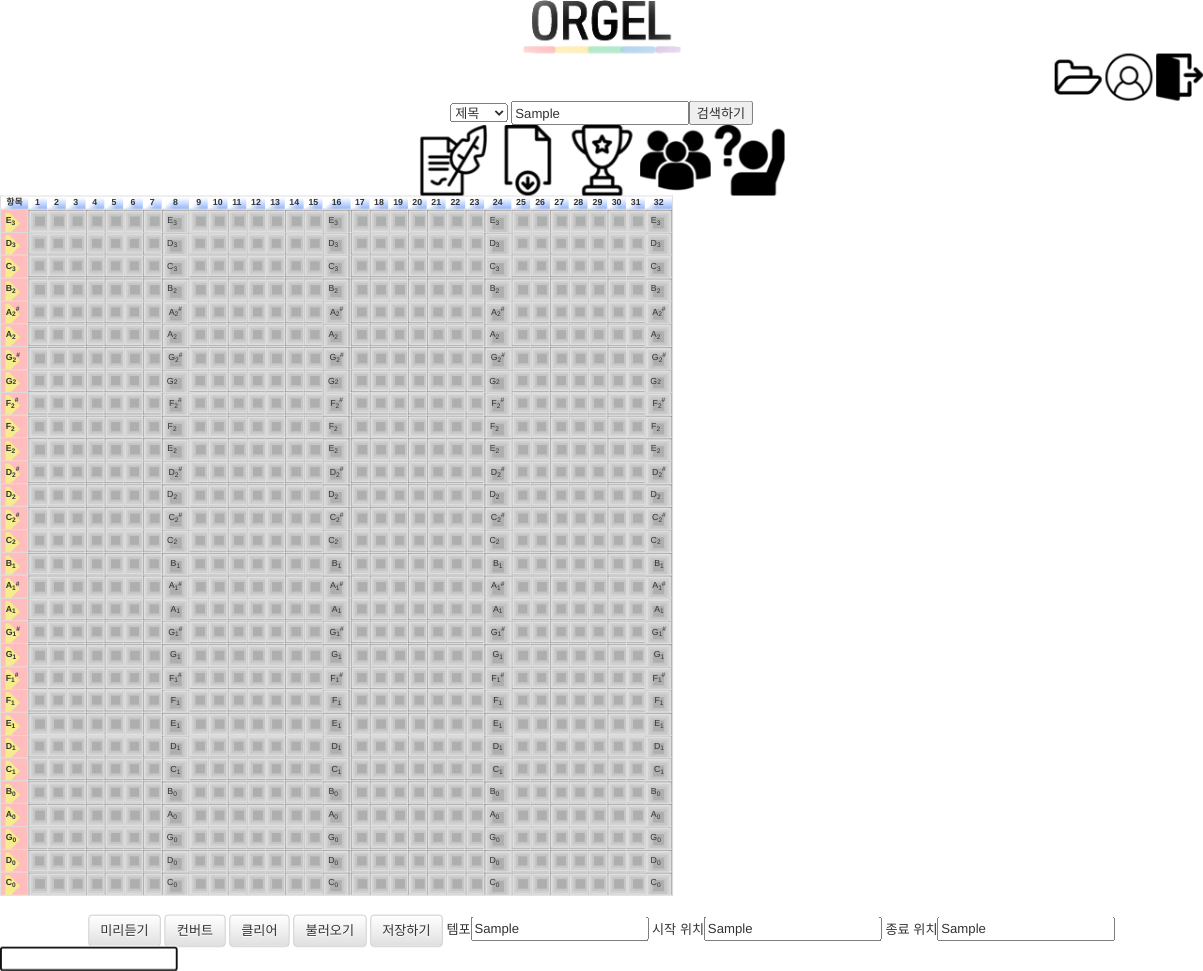
Repository: 2018YoungJinCollege-Com-3WDJ-3Group/WebCode
Page: http://localhost/main/create
The author's editor kept a record of every edit. The page is drawn from the files as they stood at one moment, then again after the next edit.
The browser window is 1280 px wide. The pictures show the whole page, at 94% of full size.
Empty fields were first filled with sample values (such as "Sample", 5 or name@example.com).
After loading, the first visible `#button_convert` was clicked once.
The page is served by the project's Laravel application, run on PHP 8.4 with Laravel 8.

Above is the page before.
Console error (its wording comes from the project's code and is left out).

After the next edit:
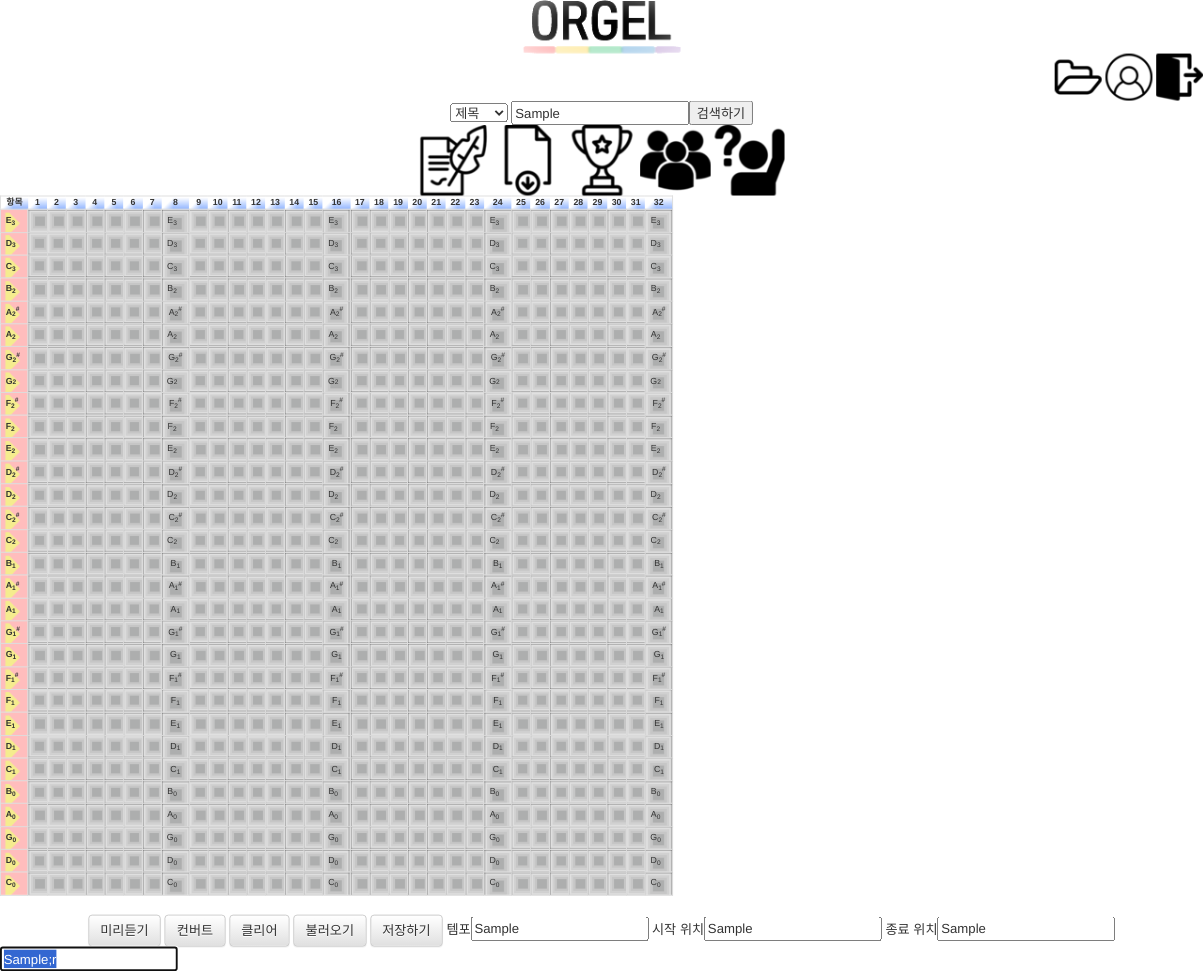
The edit:
--- a/project_0321/resources/views/main/create.blade.php
+++ b/project_0321/resources/views/main/create.blade.php
@@ -330,8 +330,9 @@
 
 
         $('body').append(temp);
+
+        temp.value = melodyString;
         temp.select();
-        temp.innerText = melodyString;
         document.execCommand('copy');
         // temp.remove(this);
 
